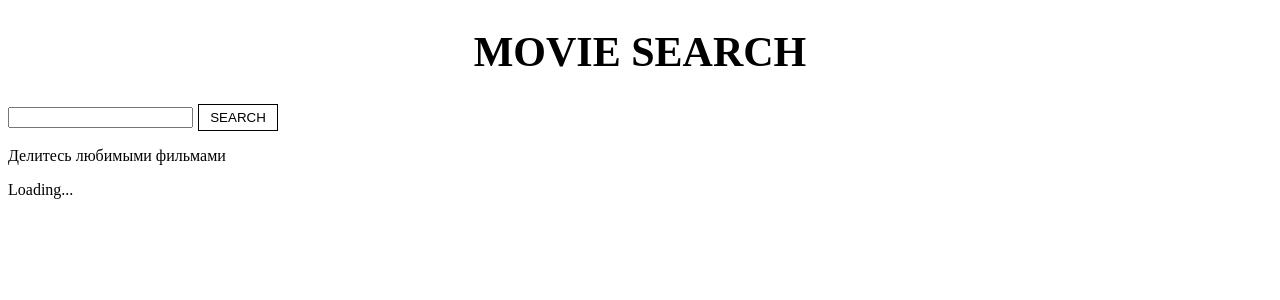
Repository: Hansol46/Films-archive
Page: /
An editor plug-in stored every save of this project. The page is shown before and after the next save, followed by the edit.
The browser window is 1280 px wide. The pictures show the whole page.
The page's requests for data from a server got no answer. The project was rebuilt for these pictures with package versions that can differ from the ones it lists, and the page was loaded fresh each time. No one was signed in, and anything a server would have sent is missing. Also part of the build but not shown: webpack.config.js, src/components/material/nav.js, src/components/Movie.js.

Above is the page before, as saved 2020-09-25 13:18:10.

After the next save:
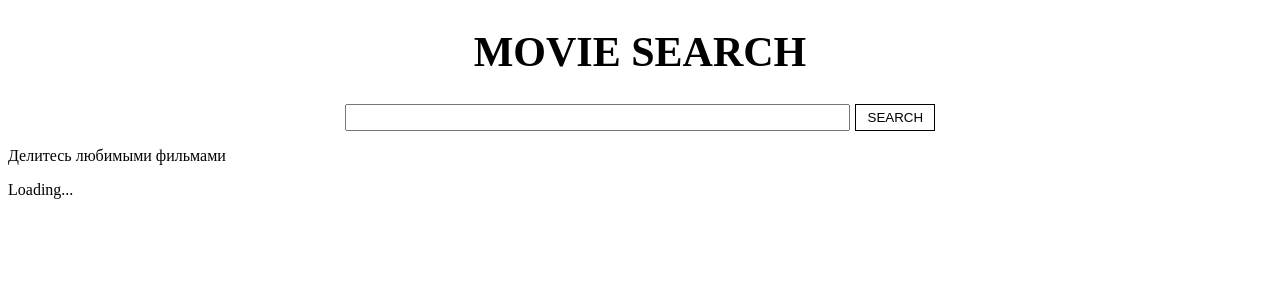
Saved 59 s later.
--- a/src/components/Search.js
+++ b/src/components/Search.js
@@ -23,7 +23,7 @@ function Search(props) {
 
 
     return(
-        <form>
+        <form className="search">
             <input
             value={searchValue}
             onChange={event => setSearchValue(event.target.value)}
